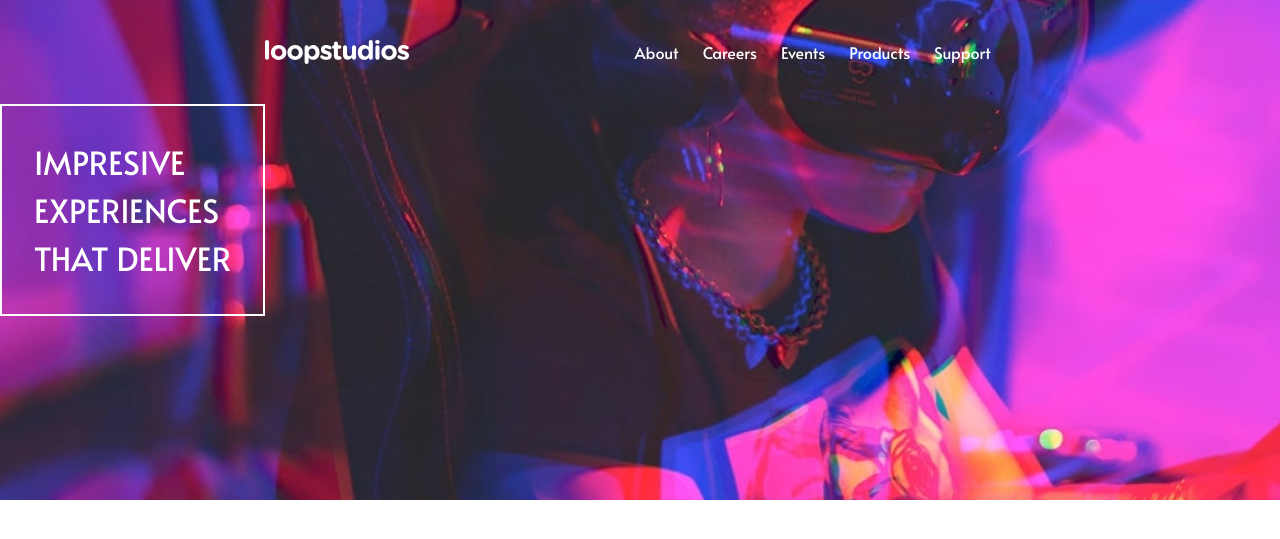
Repository: gligor99/loopstudios-fm
Page: /
These files come from the project's save history. The page is drawn as it stood at one moment and after the next save; the edit follows.
The browser window is 1280 px wide. The pictures show the whole page.
The project was rebuilt for these pictures with package versions that can differ from the ones it lists, and the page was loaded fresh each time.

Above is the page before, as saved 2021-11-28 15:17:55.

### src/index.css
@import url('https://fonts.googleapis.com/css2?family=Alata&family=Josefin+Sans:wght@300&display=swap');

:root {
  --clr-white: hsl(0, 0%, 100%);
  --clr-black: hsl(0, 0%, 0%);
  --clr-dark-gray: hsl(0, 0%, 55%);
  --clr-very-dark-gray: hsl(0, 0%, 41%)
}

*,
::after,
::before {
  margin: 0;
  padding: 0;
  box-sizing: border-box;
}

body {
  font-family: "Alata", sans-serif;
  background: var(--clr-light-grayish-cyan);
  color: var(--clr-grey-1);
  line-height: 1.5;
  font-size: 1rem;
}

### src/App.jsx
import Hero from "./components/Hero/Hero";


function App() {
  return (
    <div className="App">
      <Hero />
    </div>
  );
}

export default App;

### src/components/Hero/Hero.jsx
import React from "react";
import Navbar from "../Navbar/Navbar";
import "./hero.css";

const Hero = () => {
  return (
    <div className="container">
      <Navbar />
      <div className="container-content">
        <h1 className="title">
          Impresive <br /> experiences <br />
          that deliver
        </h1>
      </div>
    </div>
  );
};

export default Hero;

### src/components/Navbar/Navbar.jsx
import logo from "../../assets/logo.svg";
import "./navbar.css";

const Navbar = () => {
  return (
    <div className="wrapper">
      <img src={logo} alt="logo.svg" />
      <ul>
        <li>
          <a href="/about">About</a>
        </li>
        <li>
          <a href="/careers">Careers</a>
        </li>
        <li>
          <a href="/events">Events</a>
        </li>
        <li>
          <a href="/products">Products</a>
        </li>
        <li>
          <a href="/support">Support</a>
        </li>
      </ul>
    </div>
  );
};

export default Navbar;

### src/components/Hero/hero.css
.container {
    background: url('../../assets/desktop/image-hero.jpg');
    background-repeat: no-repeat;
    background-attachment: fixed;
    background-size: cover;
    height: 500px;
}
.container-content {
    display: flex;
    justify-content: flex-start;

}

.title {
    border: 2px solid var(--clr-white);
    padding: 2rem;
    text-transform: uppercase;
    font: 'Josefin Sans';
    font-weight: 100;
    color: white;
}

### src/components/Navbar/navbar.css
.wrapper {
  display: flex;
  flex-direction: row;
  justify-content: space-evenly;
  align-items: center;
  margin: auto;
  padding: 2.5rem;
  background-color: transparent;
}
img {
  height: 1.5rem;
}
ul {
  display: flex;
  flex-wrap: nowrap;
  justify-content: space-evenly;
}
li {
  list-style-type: none;
  padding-right: 1.5rem;
}
a {
  position: relative;
  display: inline-block;
  text-decoration: none;
  color: var(--clr-white);
}
a:after {
  content: "";
  position: absolute;
  left: 0;
  top: 100%;
  width: 0;
  height: 1.8px;
  background-color: var(--clr-white);
  transition: width 0.2s ease-in-out;
}
a:hover:after {
  width: 100%;
}

Loaded but not shown: public/index.html (common file); src/index.jsx (common file)

After the next save:
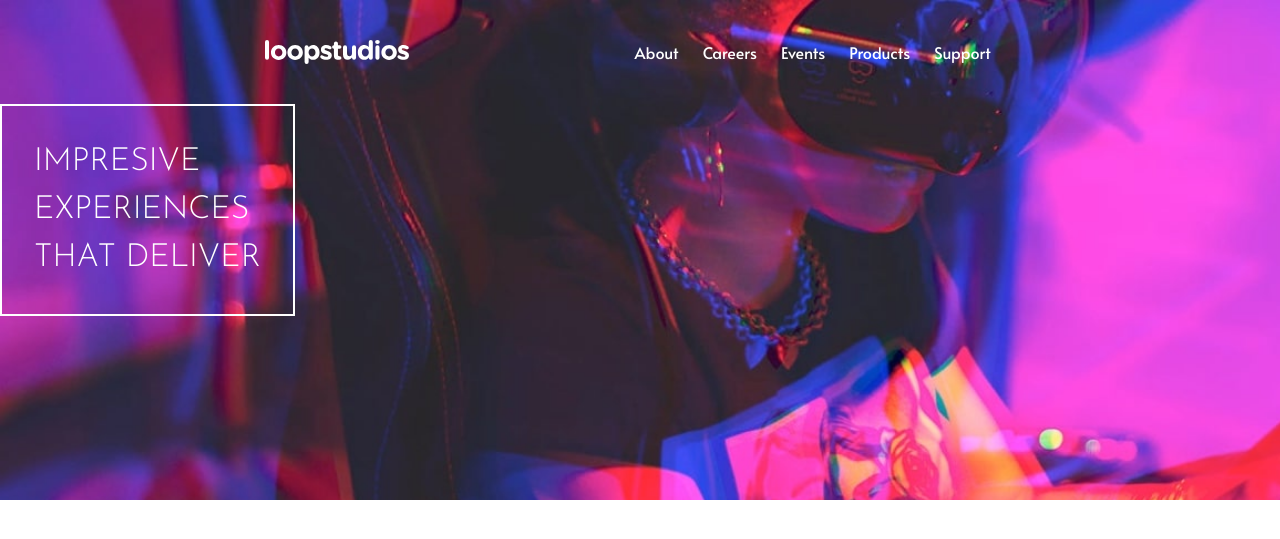
Saved 33 s later.
--- a/src/components/Hero/hero.css
+++ b/src/components/Hero/hero.css
@@ -15,7 +15,7 @@
     border: 2px solid var(--clr-white);
     padding: 2rem;
     text-transform: uppercase;
-    font: 'Josefin Sans';
+    font-family: 'Josefin Sans' , sans-serif;
     font-weight: 100;
     color: white;
 }
